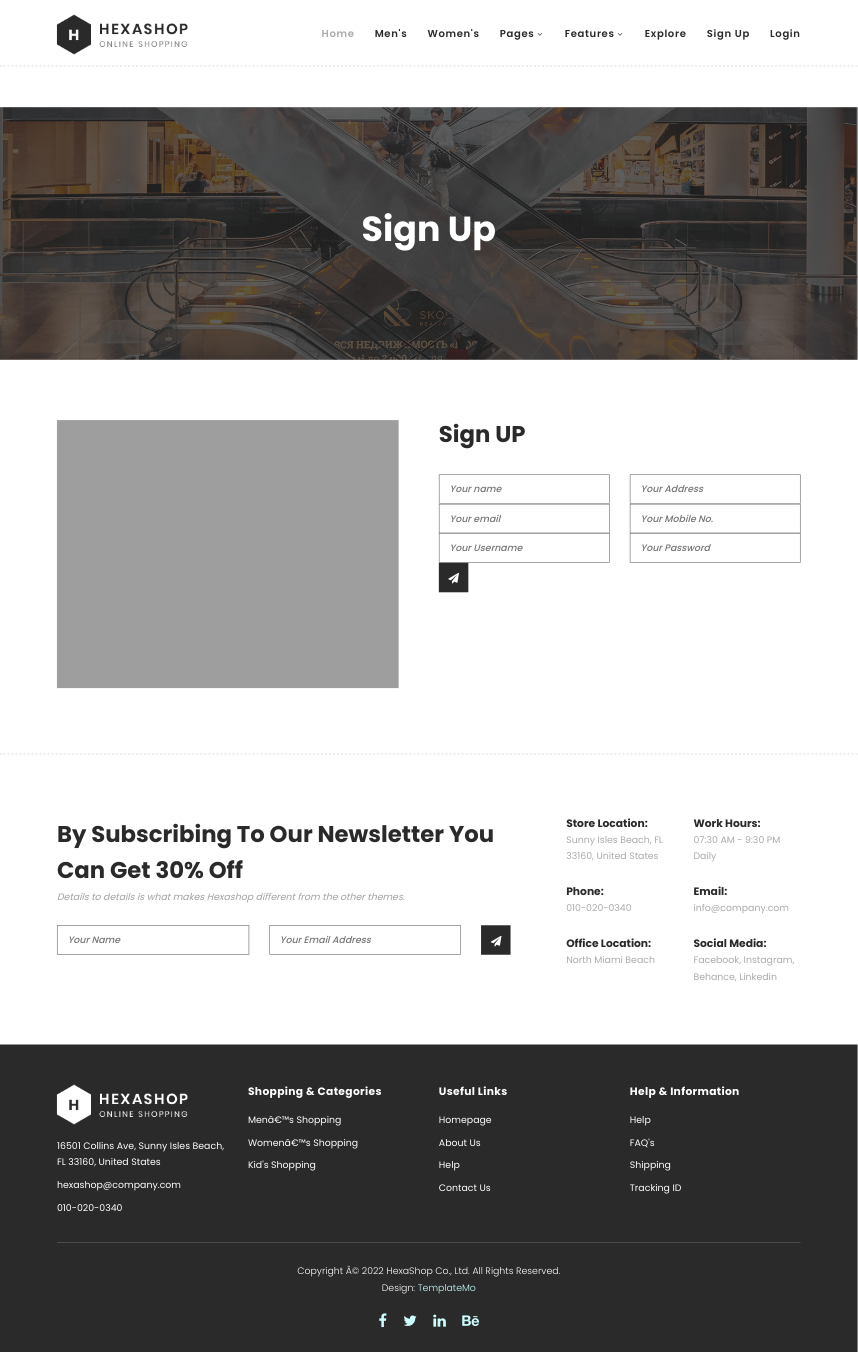
Repository: anmoltrivedi2111/JAVA
Page: http://localhost/HexaShop/Signup.jsp
These files come from the project's save history. The page is drawn as it stood at one moment and after the next save; the edit follows.
The browser window is 1280 px wide. The pictures show the whole page, at 67% of full size.
Pictures or frames that could not be fetched are drawn as grey boxes. The page is served by Tomcat 9. Other server files are loaded and not shown.

Above is the page before, as saved 2025-05-21 05:43:21.
Console error: TypeError: Cannot read properties of undefined (reading 'top')

### eclipse-workspace/HexaShop/src/main/webapp/Signup.jsp
<!DOCTYPE html>
<html lang="en">

<%@ include file="header.jsp" %>

    <!-- ***** Main Banner Area Start ***** -->
    <div class="page-heading about-page-heading" id="top">
        <div class="container">
            <div class="row">
                <div class="col-lg-12">
                    <div class="inner-content">
                        <h2>Sign Up</h2>

                    </div>
                </div>
            </div>
        </div>
    </div>
    <!-- ***** Main Banner Area End ***** -->

    <!-- ***** Contact Area Starts ***** -->
    <div class="contact-us">
        <div class="container">
            <div class="row">
                <div class="col-lg-6">
                    <div id="map">
                      <iframe src="https://www.google.com/maps/embed?pb=!1m18!1m12!1m3!1d90186.37207676383!2d-80.13495239500924!3d25.9317678710111!2m3!1f0!2f0!3f0!3m2!1i1024!2i768!4f13.1!3m3!1m2!1s0x88d9ad1877e4a82d%3A0xa891714787d1fb5e!2sPier%20Park!5e1!3m2!1sen!2sth!4v1637512439384!5m2!1sen!2sth" width="100%" height="400px" frameborder="0" style="border:0" allowfullscreen></iframe>
                      <!-- You can simply copy and paste "Embed a map" code from Google Maps for any location. -->

                    </div>
                </div>
                <div class="col-lg-6">
                    <div class="section-heading">
                        <h2>Sign UP</h2>

                    </div>
                    <form id="contact" action="" method="post">
                        <div class="row">
                          <div class="col-lg-6">
                            <fieldset>
                              <input name="cname" type="text" id="name" placeholder="Your name" required="">
                            </fieldset>
                          </div>
                          <div class="col-lg-6">
                            <fieldset>
                              <input name="cadd" type="text" id="name" placeholder="Your Address" required="">
                            </fieldset>
                            </div>
                             <div class="col-lg-6">
                            <fieldset>
                              <input name="email" type="text" id="email" placeholder="Your email" required="">
                            </fieldset>
                            </div>
                         	 <div class="col-lg-6">
                            <fieldset>
                              <input name="mob" type="text" id="email" placeholder="Your Mobile No." required="">
                            </fieldset>
                            </div>
                             <div class="col-lg-6">
                            <fieldset>
                              <input name="unm" type="text" id="email" placeholder="Your Username" required="">
                            </fieldset>
                            </div>
                             <div class="col-lg-6">
                            <fieldset>
                              <input name="pw" type="password" id="email" placeholder="Your Password" required="">
                            </fieldset>
                            </div>
                            <div class="col-lg-2">
                            <fieldset>
                              <button type="submit" id="form-submit" class="main-dark-button"><i class="fa fa-paper-plane"></i></button>
                            </fieldset>
                          </div>
                        </div>
                      </form>
                </div>
            </div>
        </div>
    </div>
    <!-- ***** Contact Area Ends ***** -->

    <!-- ***** Subscribe Area Starts ***** -->
    <div class="subscribe">
        <div class="container">
            <div class="row">
                <div class="col-lg-8">
                    <div class="section-heading">
                        <h2>By Subscribing To Our Newsletter You Can Get 30% Off</h2>
                        <span>Details to details is what makes Hexashop different from the other themes.</span>
                    </div>
                    <form id="subscribe" action="" method="get">
                        <div class="row">
                          <div class="col-lg-5">
                            <fieldset>
                              <input name="name" type="text" id="name" placeholder="Your Name" required="">
                            </fieldset>
                          </div>
                          <div class="col-lg-5">
                            <fieldset>
                              <input name="email" type="text" id="email" pattern="[^ @]*@[^ @]*" placeholder="Your Email Address" required="">
                            </fieldset>
                          </div>
                          <div class="col-lg-2">
                            <fieldset>
                              <button type="submit" id="form-submit" class="main-dark-button"><i class="fa fa-paper-plane"></i></button>
                            </fieldset>
                          </div>
                        </div>
                    </form>
                </div>
                <div class="col-lg-4">
                    <div class="row">
                        <div class="col-6">
                            <ul>
                                <li>Store Location:<br><span>Sunny Isles Beach, FL 33160, United States</span></li>
                                <li>Phone:<br><span>010-020-0340</span></li>
                                <li>Office Location:<br><span>North Miami Beach</span></li>
                            </ul>
                        </div>
                        <div class="col-6">
                            <ul>
                                <li>Work Hours:<br><span>07:30 AM - 9:30 PM Daily</span></li>
                                <li>Email:<br><span>info@company.com</span></li>
                                <li>Social Media:<br><span><a href="#">Facebook</a>, <a href="#">Instagram</a>, <a href="#">Behance</a>, <a href="#">Linkedin</a></span></li>
                            </ul>
                        </div>
                    </div>
                </div>
            </div>
        </div>
    </div>
    <!-- ***** Subscribe Area Ends ***** -->

 <%@include file="footer.jsp" %>

    <!-- jQuery -->
    <script src="assets/js/jquery-2.1.0.min.js"></script>

    <!-- Bootstrap -->
    <script src="assets/js/popper.js"></script>
    <script src="assets/js/bootstrap.min.js"></script>

    <!-- Plugins -->
    <script src="assets/js/owl-carousel.js"></script>
    <script src="assets/js/accordions.js"></script>
    <script src="assets/js/datepicker.js"></script>
    <script src="assets/js/scrollreveal.min.js"></script>
    <script src="assets/js/waypoints.min.js"></script>
    <script src="assets/js/jquery.counterup.min.js"></script>
    <script src="assets/js/imgfix.min.js"></script>
    <script src="assets/js/slick.js"></script>
    <script src="assets/js/lightbox.js"></script>
    <script src="assets/js/isotope.js"></script>

    <!-- Global Init -->
    <script src="assets/js/custom.js"></script>

    <script>

        $(function() {
            var selectedClass = "";
            $("p").click(function(){
            selectedClass = $(this).attr("data-rel");
            $("#portfolio").fadeTo(50, 0.1);
                $("#portfolio div").not("."+selectedClass).fadeOut();
            setTimeout(function() {
              $("."+selectedClass).fadeIn();
              $("#portfolio").fadeTo(50, 1);
            }, 500);

            });
        });

    </script>

  </body>

</html>

### eclipse-workspace/HexaShop/src/main/webapp/header.jsp
  <head>

    <meta charset="utf-8">
    <meta name="viewport" content="width=device-width, initial-scale=1, shrink-to-fit=no">
    <meta name="description" content="">
    <meta name="author" content="">
    <link href="https://fonts.googleapis.com/css?family=Poppins:100,200,300,400,500,600,700,800,900&display=swap" rel="stylesheet">

    <title>Hexashop Ecommerce HTML CSS Template</title>


    <!-- Additional CSS Files -->
    <link rel="stylesheet" type="text/css" href="assets/css/bootstrap.min.css">

    <link rel="stylesheet" type="text/css" href="assets/css/font-awesome.css">

    <link rel="stylesheet" href="assets/css/templatemo-hexashop.css">

    <link rel="stylesheet" href="assets/css/owl-carousel.css">

    <link rel="stylesheet" href="assets/css/lightbox.css">
<!--

TemplateMo 571 Hexashop

https://templatemo.com/tm-571-hexashop

-->
    </head>

    <body>

    <!-- ***** Preloader Start ***** -->
    <div id="preloader">
        <div class="jumper">
            <div></div>
            <div></div>
            <div></div>
        </div>
    </div>
    <!-- ***** Preloader End ***** -->


    <!-- ***** Header Area Start ***** -->
    <header class="header-area header-sticky">
        <div class="container">
            <div class="row">
                <div class="col-12">
                    <nav class="main-nav">
                        <!-- ***** Logo Start ***** -->
                        <a href="index.jsp" class="logo">
                            <img src="assets/images/logo.png">
                        </a>
                        <!-- ***** Logo End ***** -->
                        <!-- ***** Menu Start ***** -->
                        <ul class="nav">
                            <li class="scroll-to-section"><a href="#top" class="active">Home</a></li>
                            <li class="scroll-to-section"><a href="#men">Men's</a></li>
                            <li class="scroll-to-section"><a href="#women">Women's</a></li>

                            <li class="submenu">
                                <a href="javascript:;">Pages</a>
                                <ul>
                                    <li><a href="about.jsp">About Us</a></li>
                                    <li><a href="products.jsp">Products</a></li>
                                    <li><a href="single-product.jsp">Single Product</a></li>
                                    <li><a href="contact.jsp">Contact Us</a></li>
                                </ul>
                            </li>

                            <li class="submenu">
                                <a href="javascript:;">Features</a>
                                <ul>
                                    <li><a href="#">Features Page 1</a></li>
                                    <li><a href="#">Features Page 2</a></li>
                                    <li><a href="#">Features Page 3</a></li>
                                    <li><a rel="nofollow" href="https://templatemo.com/page/4" target="_blank">Template Page 4</a></li>
                                </ul>
                            </li>
                            <li class="scroll-to-section"><a href="#explore">Explore</a></li>
                            <li class=""><a href="Signup.jsp">Sign Up</a></li>
                            <li class=""><a href="login.jsp">Login</a></li>
                        </ul>
                        <a class='menu-trigger'>
                            <span>Menu</span>
                        </a>
                        <!-- ***** Menu End ***** -->
                    </nav>
                </div>
            </div>
        </div>
    </header>
    <!-- ***** Header Area End ***** -->

### eclipse-workspace/HexaShop/src/main/webapp/footer.jsp
   <!-- ***** Footer Start ***** -->
    <footer>
        <div class="container">
            <div class="row">
                <div class="col-lg-3">
                    <div class="first-item">
                        <div class="logo">
                            <img src="assets/images/white-logo.png" alt="hexashop ecommerce templatemo">
                        </div>
                        <ul>
                            <li><a href="#">16501 Collins Ave, Sunny Isles Beach, FL 33160, United States</a></li>
                            <li><a href="#">hexashop@company.com</a></li>
                            <li><a href="#">010-020-0340</a></li>
                        </ul>
                    </div>
                </div>
                <div class="col-lg-3">
                    <h4>Shopping &amp; Categories</h4>
                    <ul>
                        <li><a href="#">Men’s Shopping</a></li>
                        <li><a href="#">Women’s Shopping</a></li>
                        <li><a href="#">Kid's Shopping</a></li>
                    </ul>
                </div>
                <div class="col-lg-3">
                    <h4>Useful Links</h4>
                    <ul>
                        <li><a href="#">Homepage</a></li>
                        <li><a href="#">About Us</a></li>
                        <li><a href="#">Help</a></li>
                        <li><a href="#">Contact Us</a></li>
                    </ul>
                </div>
                <div class="col-lg-3">
                    <h4>Help &amp; Information</h4>
                    <ul>
                        <li><a href="#">Help</a></li>
                        <li><a href="#">FAQ's</a></li>
                        <li><a href="#">Shipping</a></li>
                        <li><a href="#">Tracking ID</a></li>
                    </ul>
                </div>
                <div class="col-lg-12">
                    <div class="under-footer">
                        <p>Copyright © 2022 HexaShop Co., Ltd. All Rights Reserved.

                        <br>Design: <a href="https://templatemo.com" target="_parent" title="free css templates">TemplateMo</a></p>
                        <ul>
                            <li><a href="#"><i class="fa fa-facebook"></i></a></li>
                            <li><a href="#"><i class="fa fa-twitter"></i></a></li>
                            <li><a href="#"><i class="fa fa-linkedin"></i></a></li>
                            <li><a href="#"><i class="fa fa-behance"></i></a></li>
                        </ul>
                    </div>
                </div>
            </div>
        </div>
    </footer>

### eclipse-workspace/HexaShop/src/main/webapp/assets/css/owl-carousel.css
/**
 * Owl Carousel v2.3.4
 * Copyright 2013-2018 David Deutsch
 * Licensed under: SEE LICENSE IN https://github.com/OwlCarousel2/OwlCarousel2/blob/master/LICENSE
 */
/*
 *  Owl Carousel - Core
 */
.owl-carousel {
  display: none;
  width: 100%;
  -webkit-tap-highlight-color: transparent;
  /* position relative and z-index fix webkit rendering fonts issue */
  position: relative;
  z-index: 1; }
  .owl-carousel .owl-stage {
    position: relative;
    -ms-touch-action: pan-Y;
    touch-action: manipulation;
    -moz-backface-visibility: hidden;
    /* fix firefox animation glitch */ }
  .owl-carousel .owl-stage:after {
    content: ".";
    display: block;
    clear: both;
    visibility: hidden;
    line-height: 0;
    height: 0; }
  .owl-carousel .owl-stage-outer {
    position: relative;
    overflow: hidden;
    /* fix for flashing background */
    -webkit-transform: translate3d(0px, 0px, 0px); }
  .owl-carousel .owl-wrapper,
  .owl-carousel .owl-item {
    -webkit-backface-visibility: hidden;
    -moz-backface-visibility: hidden;
    -ms-backface-visibility: hidden;
    -webkit-transform: translate3d(0, 0, 0);
    -moz-transform: translate3d(0, 0, 0);
    -ms-transform: translate3d(0, 0, 0); }
  .owl-carousel .owl-item {
    position: relative;
    min-height: 1px;
    float: left;
    -webkit-backface-visibility: hidden;
    -webkit-tap-highlight-color: transparent;
    -webkit-touch-callout: none; }
  .owl-carousel .owl-item img {
    display: block;
    width: 100%; }
  .owl-carousel .owl-nav.disabled,
  .owl-carousel .owl-dots.disabled {
    display: none; }
  .owl-carousel .owl-nav .owl-prev,
  .owl-carousel .owl-nav .owl-next,
  .owl-carousel .owl-dot {
    cursor: pointer;
    -webkit-user-select: none;
    -khtml-user-select: none;
    -moz-user-select: none;
    -ms-user-select: none;
    user-select: none; }
  .owl-carousel .owl-nav button.owl-prev,
  .owl-carousel .owl-nav button.owl-next,
  .owl-carousel button.owl-dot {
    background: none;
    color: inherit;
    border: none;
    padding: 0 !important;
    font: inherit; }
  .owl-carousel.owl-loaded {
    display: block; }
  .owl-carousel.owl-loading {
    opacity: 0;
    display: block; }
  .owl-carousel.owl-hidden {
    opacity: 0; }
  .owl-carousel.owl-refresh .owl-item {
    visibility: hidden; }
  .owl-carousel.owl-drag .owl-item {
    -ms-touch-action: pan-y;
        touch-action: pan-y;
    -webkit-user-select: none;
    -moz-user-select: none;
    -ms-user-select: none;
    user-select: none; }
  .owl-carousel.owl-grab {
    cursor: move;
    cursor: grab; }
  .owl-carousel.owl-rtl {
    direction: rtl; }
  .owl-carousel.owl-rtl .owl-item {
    float: right; }

/* No Js */
.no-js .owl-carousel {
  display: block; }

/*
 *  Owl Carousel - Animate Plugin
 */
.owl-carousel .animated {
  animation-duration: 1000ms;
  animation-fill-mode: both; }

.owl-carousel .owl-animated-in {
  z-index: 0; }

.owl-carousel .owl-animated-out {
  z-index: 1; }

.owl-carousel .fadeOut {
  animation-name: fadeOut; }

@keyframes fadeOut {
  0% {
    opacity: 1; }
  100% {
    opacity: 0; } }

/*
 * 	Owl Carousel - Auto Height Plugin
 */
.owl-height {
  transition: height 500ms ease-in-out; }

/*
 * 	Owl Carousel - Lazy Load Plugin
 */
.owl-carousel .owl-item {
  /**
			This is introduced due to a bug in IE11 where lazy loading combined with autoheight plugin causes a wrong
			calculation of the height of the owl-item that breaks page layouts
		 */ }
  .owl-carousel .owl-item .owl-lazy {
    opacity: 0;
    transition: opacity 400ms ease; }
  .owl-carousel .owl-item .owl-lazy[src^=""], .owl-carousel .owl-item .owl-lazy:not([src]) {
    max-height: 0; }
  .owl-carousel .owl-item img.owl-lazy {
    transform-style: preserve-3d; }

/*
 * 	Owl Carousel - Video Plugin
 */
.owl-carousel .owl-video-wrapper {
  position: relative;
  height: 100%;
  background: #000; }

.owl-carousel .owl-video-play-icon {
  position: absolute;
  height: 80px;
  width: 80px;
  left: 50%;
  top: 50%;
  margin-left: -40px;
  margin-top: -40px;
  background: url("owl.video.play.png") no-repeat;
  cursor: pointer;
  z-index: 1;
  -webkit-backface-visibility: hidden;
  transition: transform 100ms ease; }

.owl-carousel .owl-video-play-icon:hover {
  -ms-transform: scale(1.3, 1.3);
      transform: scale(1.3, 1.3); }

.owl-carousel .owl-video-playing .owl-video-tn,
.owl-carousel .owl-video-playing .owl-video-play-icon {
  display: none; }

.owl-carousel .owl-video-tn {
  opacity: 0;
  height: 100%;
  background-position: center center;
  background-repeat: no-repeat;
  background-size: contain;
  transition: opacity 400ms ease; }

.owl-carousel .owl-video-frame {
  position: relative;
  z-index: 1;
  height: 100%;
  width: 100%; }

Loaded but not shown: eclipse-workspace/HexaShop/src/main/webapp/assets/css/bootstrap.min.css (library); eclipse-workspace/HexaShop/src/main/webapp/assets/css/font-awesome.css (library); eclipse-workspace/HexaShop/src/main/webapp/assets/css/lightbox.css (library); eclipse-workspace/HexaShop/src/main/webapp/assets/js/jquery-2.1.0.min.js (library); eclipse-workspace/HexaShop/src/main/webapp/assets/js/popper.js (library); eclipse-workspace/HexaShop/src/main/webapp/assets/js/bootstrap.min.js (library); eclipse-workspace/HexaShop/src/main/webapp/assets/js/accordions.js (library); eclipse-workspace/HexaShop/src/main/webapp/assets/js/scrollreveal.min.js (library); eclipse-workspace/HexaShop/src/main/webapp/assets/js/waypoints.min.js (library); eclipse-workspace/HexaShop/src/main/webapp/assets/js/jquery.counterup.min.js (common file); eclipse-workspace/HexaShop/src/main/webapp/assets/js/imgfix.min.js (library); eclipse-workspace/HexaShop/src/main/webapp/assets/js/slick.js (library); eclipse-workspace/HexaShop/src/main/webapp/assets/js/lightbox.js (library); eclipse-workspace/HexaShop/src/main/webapp/assets/js/isotope.js (library); eclipse-workspace/HexaShop/src/main/webapp/assets/js/owl-carousel.js (3448 lines, source omitted); eclipse-workspace/HexaShop/src/main/webapp/assets/js/datepicker.js (1671 lines, source omitted); eclipse-workspace/HexaShop/src/main/webapp/assets/js/custom.js (188 lines, source omitted); eclipse-workspace/HexaShop/src/main/webapp/assets/css/templatemo-hexashop.css (2379 lines, source omitted)

After the next save:
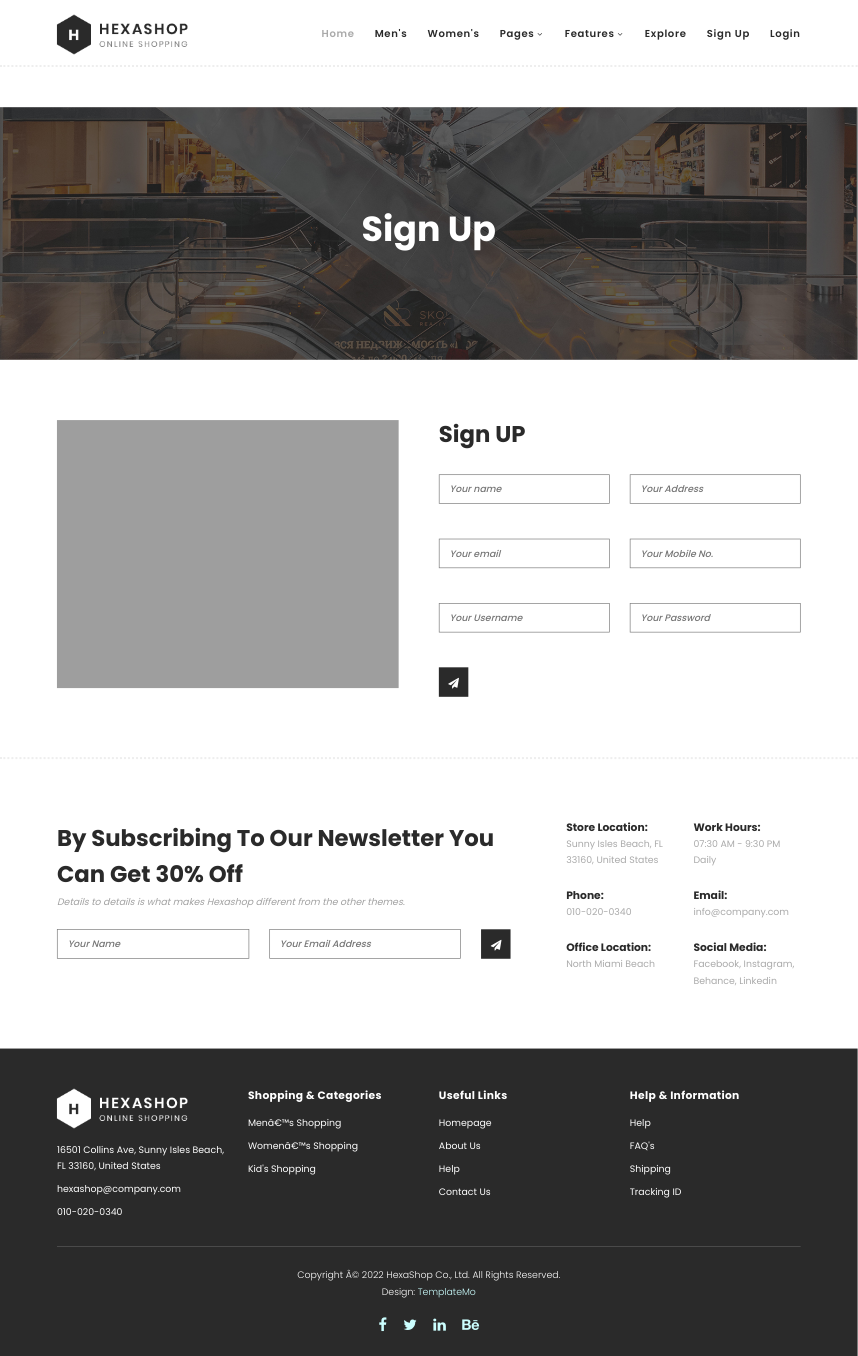
Saved 54 s later.
--- a/eclipse-workspace/HexaShop/src/main/webapp/Signup.jsp
+++ b/eclipse-workspace/HexaShop/src/main/webapp/Signup.jsp
@@ -41,31 +41,37 @@
                               <input name="cname" type="text" id="name" placeholder="Your name" required="">
                             </fieldset>
                           </div>
+                          <br><br><br><br>
                           <div class="col-lg-6">
                             <fieldset>
                               <input name="cadd" type="text" id="name" placeholder="Your Address" required="">
                             </fieldset>
                             </div>
+                            <br><br><br><br>
                              <div class="col-lg-6">
                             <fieldset>
                               <input name="email" type="text" id="email" placeholder="Your email" required="">
                             </fieldset>
                             </div>
+                            <br><br><br><br>
                          	 <div class="col-lg-6">
                             <fieldset>
                               <input name="mob" type="text" id="email" placeholder="Your Mobile No." required="">
                             </fieldset>
                             </div>
+                            <br><br><br><br>
                              <div class="col-lg-6">
                             <fieldset>
                               <input name="unm" type="text" id="email" placeholder="Your Username" required="">
                             </fieldset>
                             </div>
+                            <br><br><br><br>
                              <div class="col-lg-6">
                             <fieldset>
                               <input name="pw" type="password" id="email" placeholder="Your Password" required="">
                             </fieldset>
                             </div>
+                            <br><br><br><br>
                             <div class="col-lg-2">
                             <fieldset>
                               <button type="submit" id="form-submit" class="main-dark-button"><i class="fa fa-paper-plane"></i></button>
